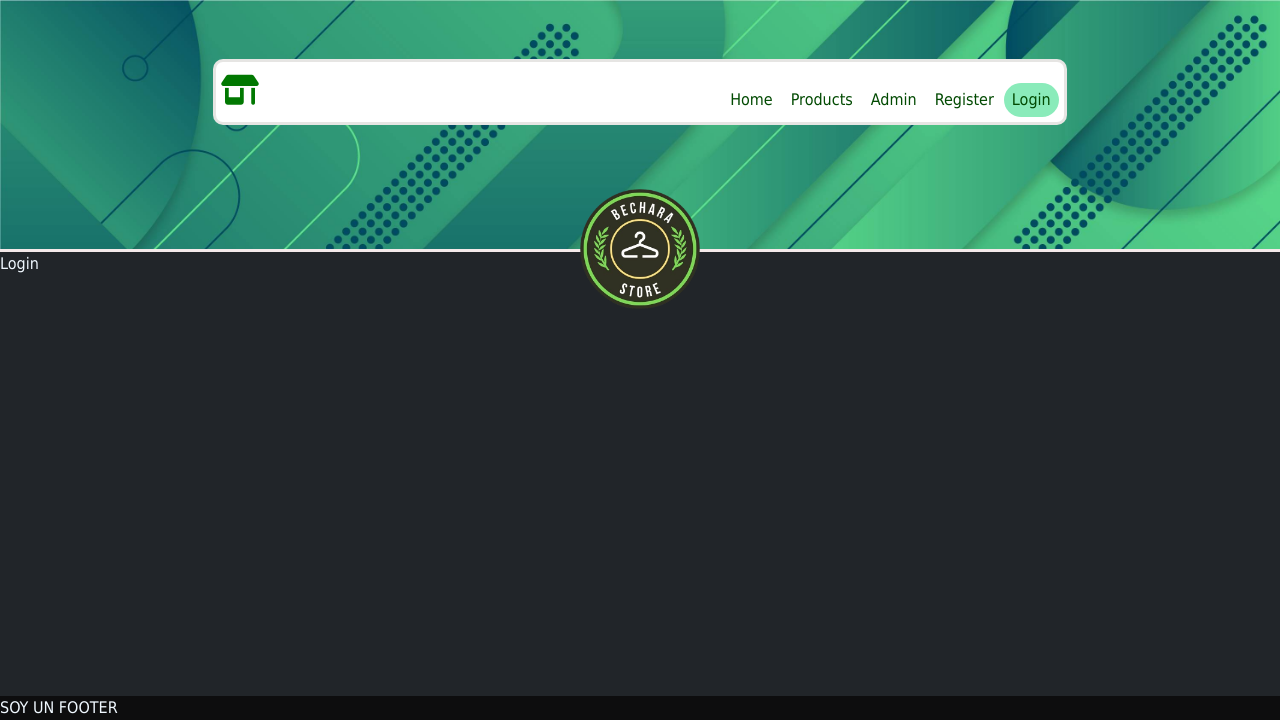
Repository: bechara611/becharastore
Page: /auth
The author's editor kept a copy of each file at every save. The page is drawn from the files as they stood at one save, then again after the next save.
The browser window is 1280 px wide. The pictures show the whole page.
The project was rebuilt for these pictures with package versions that can differ from the ones it lists, and the page was loaded fresh each time. Also part of the build but not shown: src/Auth/components/Register.jsx.

Above is the page before, as saved 2023-01-27 15:15:15.

### public/index.html
<!DOCTYPE html>
<html lang="en">
  <head>
    <meta charset="utf-8" />
    <link rel="icon" href="%PUBLIC_URL%/favicon.ico" />
    <meta name="viewport" content="width=device-width, initial-scale=1" />
    <meta name="theme-color" content="#000000" />
    <meta
      name="description"
      content="Web site created using create-react-app"
    />
    <link rel="apple-touch-icon" href="%PUBLIC_URL%/logo192.png" />
    <link rel="preconnect" href="https://fonts.googleapis.com">
    <link rel="stylesheet" href="https://cdnjs.cloudflare.com/ajax/libs/font-awesome/6.2.1/css/all.min.css" integrity="sha512-MV7K8+y+gLIBoVD59lQIYicR65iaqukzvf/nwasF0nqhPay5w/9lJmVM2hMDcnK1OnMGCdVK+iQrJ7lzPJQd1w==" crossorigin="anonymous" referrerpolicy="no-referrer" />
<link rel="preconnect" href="https://fonts.gstatic.com" crossorigin>
<link rel="preconnect" href="https://fonts.googleapis.com">
<link rel="preconnect" href="https://fonts.gstatic.com" crossorigin>
<link href="https://fonts.googleapis.com/css2?family=Montserrat:ital,wght@0,100;0,200;0,300;0,400;0,500;0,600;0,700;0,800;0,900;1,100;1,200;1,300;1,500;1,700;1,800;1,900&family=Shadows+Into+Light&display=swap" rel="stylesheet">
    <!--
      manifest.json provides metadata used when your web app is installed on a
      user's mobile device or desktop. See https://developers.google.com/web/fundamentals/web-app-manifest/
    -->
    <link rel="manifest" href="%PUBLIC_URL%/manifest.json" />
    <!--
      Notice the use of %PUBLIC_URL% in the tags above.
      It will be replaced with the URL of the `public` folder during the build.
      Only files inside the `public` folder can be referenced from the HTML.

      Unlike "/favicon.ico" or "favicon.ico", "%PUBLIC_URL%/favicon.ico" will
      work correctly both with client-side routing and a non-root public URL.
      Learn how to configure a non-root public URL by running `npm run build`.
    -->

<link href="https://cdn.jsdelivr.net/npm/bootstrap@5.2.3/dist/css/bootstrap.min.css" rel="stylesheet" >


  </head>
  <body>
    <noscript>You need to enable JavaScript to run this app.</noscript>
    <div id="root"></div>
    <!--
      This HTML file is a template.
      If you open it directly in the browser, you will see an empty page.

      You can add webfonts, meta tags, or analytics to this file.
      The build step will place the bundled scripts into the <body> tag.

      To begin the development, run `npm start` or `yarn start`.
      To create a production bundle, use `npm run build` or `yarn build`.
    -->
    <script src="https://cdn.jsdelivr.net/npm/bootstrap@5.2.3/dist/js/bootstrap.bundle.min.js" integrity="sha384-kenU1KFdBIe4zVF0s0G1M5b4hcpxyD9F7jL+jjXkk+Q2h455rYXK/7HAuoJl+0I4" crossorigin="anonymous"></script>
  </body>

</html>

### src/index.js
import React from 'react';
import ReactDOM from 'react-dom/client';
import './index.css';
import {App} from './App';
import { BrowserRouter } from 'react-router-dom';
import 'animate.css';

const root = ReactDOM.createRoot(document.getElementById('root'));
root.render(
    <BrowserRouter>
    <App />
    </BrowserRouter>
);

### src/index.css

:root {
    --verde1: rgb(2, 74, 2);
    --verde2:rgb(1, 120, 1);
    --verde3:rgb(23, 215, 119,.5);
  }


*{
    color: aliceblue;
    /* font-family: 'Montserrat', sans-serif; */
    font-family: 'Droid Sans', Tahoma, Geneva, Verdana, sans-serif;

}

.fondito{
    background: red;
}
.fondito2{
    background: purple;
}

### src/App.jsx
import React from 'react'
import { Caparazon } from './UI/Components/Caparazon'
import { ContenedorPrincipal } from './UI/Components/ContenedorPrincipal'
import { Header } from './UI/Components/Header'
import { Footer } from './UI/Components/Footer'
import { MainCuerpo } from './UI/Components/MainCuerpo'
export const App = () => {
  return (
    <>
      {/*Primero el caparazon de la pagina, que es un div que tiene un 100vh de altura, el cual en el obtiene a sus children:
    esto children son el Header ocupando el 30vh y el Contenedor Principal ocupando el 70vh restante.
  */}
      <Caparazon>
        <Header></Header>
        <ContenedorPrincipal> {/*El contenedor principal a su vez lleva sus hijos dos elementos, el footer que le pusimos absolute para ubicarlo de ultimo y el MainCuerpo que tienes las rutas */}
          <MainCuerpo></MainCuerpo>{/*Este MainCuerpo tiene las rutas de la aplicacion, es el main de la pagina y lo que va a cambiar dependiendo donde estemos */}


          <Footer></Footer>  {/*Este es el footer que utilizamos para el pie de pagina, tiene posicion absolute como dije anteriormnete */}
        </ContenedorPrincipal>


      </Caparazon>
    </>

  )
}

### src/UI/Components/Caparazon.jsx
import React from 'react'
import './Caparazon.css'
export const Caparazon = ({ children }) => {
    return (
        <>
{/*Caparazon princiapal donde el mismo tiene un flex en colum, adentro tiene sus hijos que son un div que
ocupe el 70vh donde eesta todo lo demas y el 30vh primero es del header */}
            <div className='caparazonPrincipal bg-dark'>

                {children}

            </div>
        </>
    )
}

### src/UI/Components/ContenedorPrincipal.jsx
import React from 'react'
import './ContenedorPrincipal.css'
export const ContenedorPrincipal = ({ children }) => {
  return (
    <div className='ContenedorPrincipal'>
    {/*Aca de hijos tendran las rutas para verse en el medio y el footer, este tiene un position relative para que su hijo footer pueda
  ubicarse en la parte de abajo */}
      {children}
    </div>
  )
}

### src/UI/Components/Header.jsx
import React from 'react'
import './Header.css'
import { MenuNavbar } from './MenuNavbar'
import brand from './../../img/brand2.png'


export const Header = () => {
  return (
    <>
      {/*El header ocupa el 30vh de la pagina, el primer div lo tiene, aca se incorpora el nav y el logo. */}
      <div className="header">
        <div className="col-12">


          <MenuNavbar></MenuNavbar>
          <div className="row">
            <div className="col-12 filaLogoHeader">
              <img src={brand} className='brand animate__animated animate__flip' id='brand' alt="brand" />

            </div>
          </div>

        </div>

      </div>



    </>
  )
}

### src/UI/Components/Footer.jsx
import React from 'react'
import './Footer.css'
export const Footer = () => {
  return (
    <>
    {/*Aca este footer le estamos colocando una posicion absolute y a su padre relativa para poder ubicarlo al final de su div padre */}
    <div className="footer col-12">SOY UN FOOTER</div>
    </>

  )
}

### src/UI/Components/MainCuerpo.jsx
import React from 'react'
import { RouterApp } from '../../router/Routes'
import './MainCuerpo.css'

export const MainCuerpo = () => {

  return (
    <>
    {/*Aca se guardan las rutas como tal de la aplicacion y es llamado adentro de contenedorPrincipal */}
    <RouterApp></RouterApp>
    </>
    )
}

### src/UI/Components/Caparazon.css
/*Estilos del caparazon como tal principal*/
    /*Aca colocamos que el caparazonPrincipal ocupa toda la pantalla, y una direccion en column para que el header sea de 30vh y el resto el otro div  */
.caparazonPrincipal{
    display: flex;
    flex-direction: column;
    justify-content: space-between;
    min-height: 100vh;

}

### src/UI/Components/ContenedorPrincipal.css
/*Aca al contenedor ponemos positionRelative para que el footer pueda tener una posicion absoluta y se pueda posicionar al final*/
.ContenedorPrincipal{
    min-height: 65vh;

    position: relative;
}

### src/UI/Components/Header.css
.header {
    display: flex;
    background: rgb(157, 240, 194) url("./../../img/Header2.jpg");
    background-color: rgb(18, 18, 18);
    background-repeat: no-repeat;
    background-attachment: fixed;
    background-size: cover;
    background-position: top center;
    min-height: 30%;
    height: 35vh;
    max-height: 35vh;
    width: 100%;
    min-width: 100%;
    position: relative;
    border-bottom: 3px solid rgb(244, 233, 233);
}

/*Aca estoy posicion en el medio el logo como tal del header y luego abajo le pongo una posicion absolute para moverlo*/
.filaLogoHeader {
    display: flex;
    flex-direction: row;
    justify-content: center;

}

.brand {
    width: 150px;
    height: 150px;
    max-height: 150px;
    max-width: 150px;
    min-height: 150px;
    position: absolute;
    bottom: -30%;
  z-index: 1000;

}

/*?RESPONSIVE*/


@media(max-width:500px){

    .brand {
        width: 120px;
        height:120px;
        max-height: 120px;
        max-width: 120px;
        min-height: 120px;
        position: absolute;
        bottom: 0%;

    }
}

### src/UI/Components/MenuNavbar.jsx
import React from 'react'
import { NavLink } from 'react-router-dom';
import { Animacionlogo } from '../helper/AnimacionAlLogo';
import './MenuNavbar.css'

export const MenuNavbar = () => {
    return (
        <>
            {/**Aca va el navBar de la aplicacion que tendra el menu */}
            <div className="col-12 contenedor-nav">
                <nav className="navbar navbar-expand-md  menunav col-8 ">


                  <NavLink to={'/'}> <i className="fa-solid fa-shop marca"></i></NavLink>


                    <button
                        className="navbar-toggler"
                        type="button"
                        data-bs-toggle="collapse"
                        data-bs-target="#navbarNavAltMarkup"
                        aria-controls="navbarNavAltMarkup"
                        aria-expanded="false"
                        aria-label="Show / Hide Menu"
                    >
                        <span className="navbar-toggler-icon"></span>
                    </button>
                    <div className="collapse navbar-collapse mt-3" id="navbarNavAltMarkup">
                        <div className="navbar-nav col-12  contenedor-interno-nav">
                            <NavLink className={ ({isActive}) => `nav-item nav-link  ${ isActive ? 'activeLink':'' }` } to={'/'} onClick={()=>Animacionlogo()}>
                            Home</NavLink>

                            <NavLink className={ ({isActive}) => `nav-item nav-link  ${ isActive ? 'activeLink':'' }` } to={'/Products'} onClick={()=>Animacionlogo()}>Products</NavLink>
                            <NavLink className={ ({isActive}) => `nav-item nav-link  ${ isActive ? 'activeLink':'' }` } to={'/admin'} onClick={()=>Animacionlogo()}>Admin</NavLink>
                            <NavLink className={ ({isActive}) => `nav-item nav-link  ${ isActive ? 'activeLink':'' }` } to={'/Register'} onClick={()=>Animacionlogo()}>Register</NavLink>
                            <NavLink className={ ({isActive}) => `nav-item nav-link   ${ isActive ? 'activeLink':'' }` } to={'/auth'} onClick={()=>Animacionlogo()}>Login</NavLink>
                            </div>
                    </div>
                </nav>
            </div>
        </>
    )
}

### src/UI/Components/Footer.css
.footer{
    background: rgb(13, 13, 14);
    position: absolute;
    bottom: 0%;

}

### src/router/Routes.jsx
import React from 'react'
import { Navigate, Route, Routes } from 'react-router-dom'
import { Login } from '../Auth/components/Login'
import { Register } from '../Auth/components/Register'

/*Este componente es nuestro router, que segun la URL donde estemos mostrada:
1) Una pagina Home
2) Pagina de registro
3) Pagina de login
4) Pagina de Productos
*/

export const RouterApp = () => {
  return (
    <Routes>
    <Route path='/' element={<h1>Home</h1>}></Route>
    <Route path='/auth' element={<Login></Login>}></Route>
    <Route path='/Register' element={<Register></Register>}></Route>
    <Route path='/Products' element={<h1>Productos</h1>}></Route>
    <Route path='/admin' element={<h1>Admin</h1>}></Route>
    <Route path='/*' element={<Navigate to={'/'}></Navigate>}></Route>
    </Routes>
  )
}

### src/UI/helper/AnimacionAlLogo.js
export const Animacionlogo=()=>{
    const elemento= document.getElementById('brand');
    elemento.classList.remove('animate__flip')

    setTimeout(() => {
     elemento.classList.add('animate__flip')
    }, 200);
    return true;
}

### src/UI/Components/MenuNavbar.css
.contenedor-nav {
    position: fixed;
    display: flex;
    flex-direction: row;
    justify-content: center;
    align-self: center;
    align-items: center;
    position: absolute;
    bottom: 50%;
    z-index: 2;

}
.marca{
 font-size: 30px;
 color: black;
 color: var(--verde2);
 padding-right: 10px;

}

.menunav {
    background: rgba(255, 255, 255, 1);
    border-radius: 10px;
    padding: 5px;
    border: 3px solid rgba(205, 204, 200, 0.5);
    flex-wrap: wrap;
    display: flex;

}

/*Esta parte es el contenedor que tiene el navbar de los navLink es decir, menu como tal.
Estoy diciendo que normalmente estaran a la derecha.
*/
.contenedor-interno-nav {
    display: flex;
    flex-direction: row;
    justify-content: flex-end;
    flex-wrap: wrap;

}
/*Diseno a los links como tal*/
.nav-link{
    margin-left: 2px;
    color: var(--verde1);
    font-weight: 400;
    background: rgb(44, 232, 138,0);
    border-radius: 30px;
    padding: 5px;

}
.nav-link:hover{
   color: var(--verde2)

}
.activeLink{  background: var(--verde3);
    border-radius: 30px;}

/**-----------------------------------------------------------------------------*/

/*?RESPONSIVE*/

/*Para este apartado cuando llegue a cierto tamaño como tal el nav se pondra mas abajo para que al darle al boton se abra y se pueda apreciar y no quede muy arriba*/
@media(max-width:500px) {
    .contenedor-nav {
       position: sticky;

    }
    /*Aca haces que el navBar tenga todo el tamaño al llegar a dispositivos pequeños*/
    .menunav {
        width: 100%;

    }
}

/*SERIE DE RESPONSIVES A LOS PADDING DE LAS OPCIONES DEL MENU*/

@media(max-width:375px){
    .nav-link{
        margin-left: 5px;
    }
}

@media(max-width:262px){
    .nav-link{
        margin-left: 10px;
    }
    .menunav{
        justify-content: center;
        text-align: center;
        align-items: center;
        align-self: center;
    }
}

/*Necesidad de que el nav el menu se pongan o separados o uno debajo del otro cuando se active el boton del collapse*/
@media(max-width:992px) {
    .contenedor-interno-nav {
        justify-content: space-around;
    }
}

### src/Auth/components/Login.jsx
import React from 'react'

export const Login = () => {
  return (
    <>
    <div className="contenedor-login">

    <div>Login</div>
    </div>
    </>
  )
}

### src/Auth/components/Login.css
.contenedor-login{
    height: 100%;
    background: green;
}

Loaded but not shown: src/UI/Components/MainCuerpo.css (no stored copy; drawn as an empty file)

After the next save:
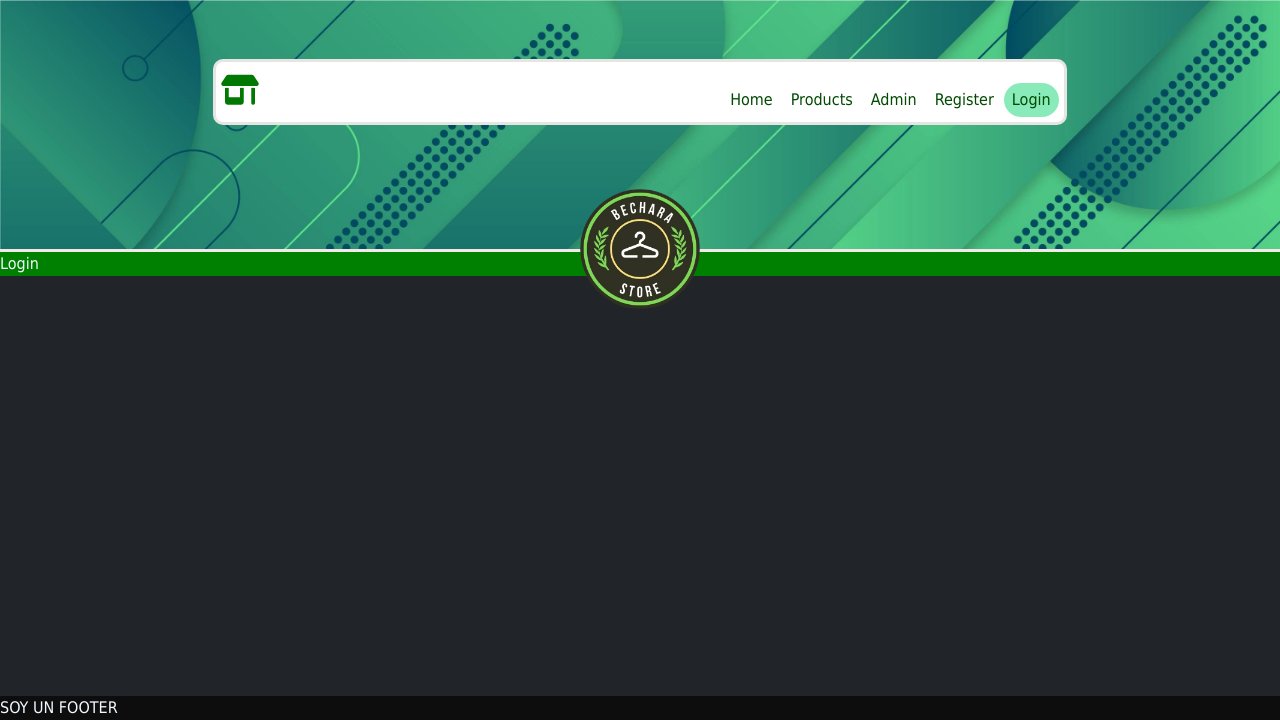
Saved 6 s later.
--- a/src/Auth/components/Login.jsx
+++ b/src/Auth/components/Login.jsx
@@ -1,5 +1,5 @@
 import React from 'react'
-
+import './Login.css'
 export const Login = () => {
   return (
     <>
